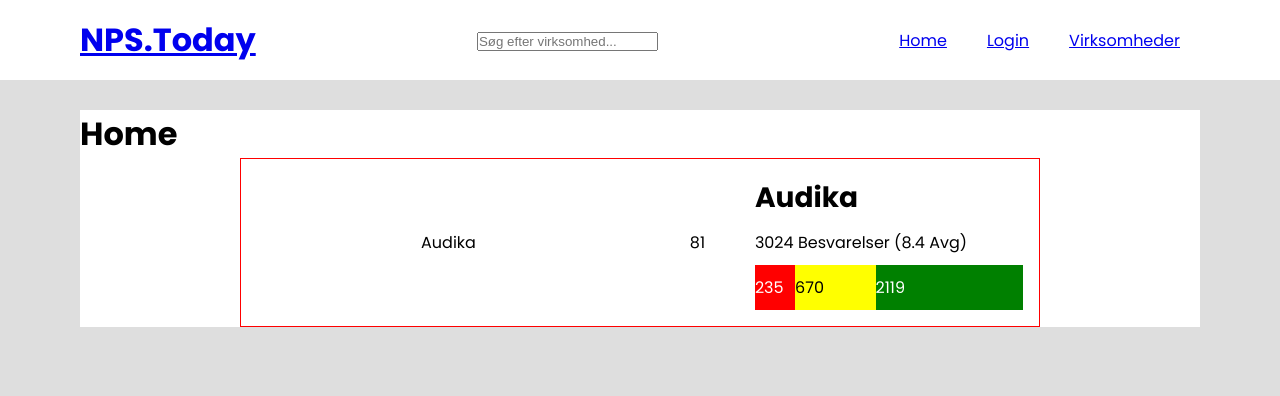
Repository: Shaydx/reviews
Page: /
These files come from the project's save history. The page is drawn as it stood at one moment and after the next save; the edit follows.
The browser window is 1280 px wide. The pictures show the whole page.
The project was rebuilt for these pictures with package versions that can differ from the ones it lists, and the page was loaded fresh each time.

Above is the page before, as saved 2020-10-13 16:39:08.

After the next save:
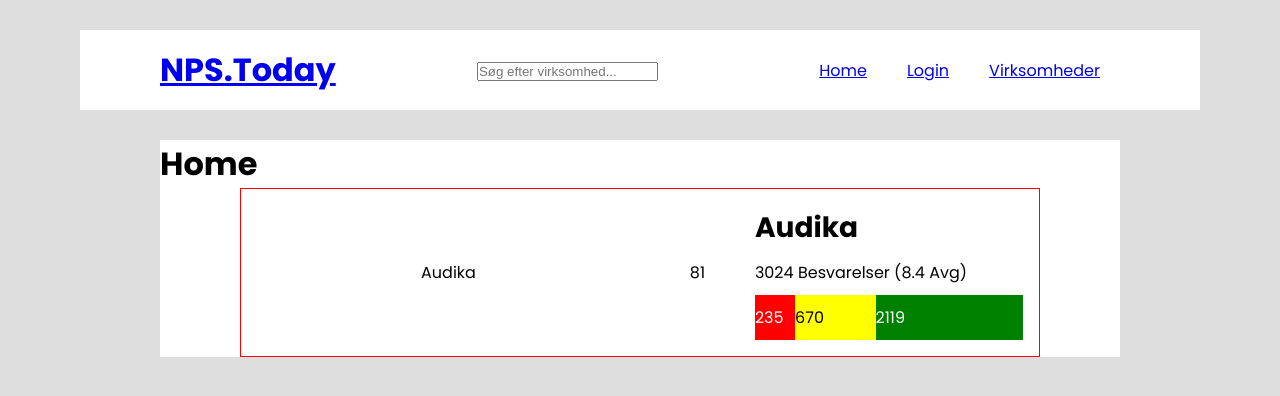
Saved 67 s later.
--- a/src/index.css
+++ b/src/index.css
@@ -10,4 +10,5 @@
   max-width: 1440px;
   margin: 0 auto;
   font-family: "Poppins", sans-serif;
+  margin: 30px 80px;
 }

After the save that followed:
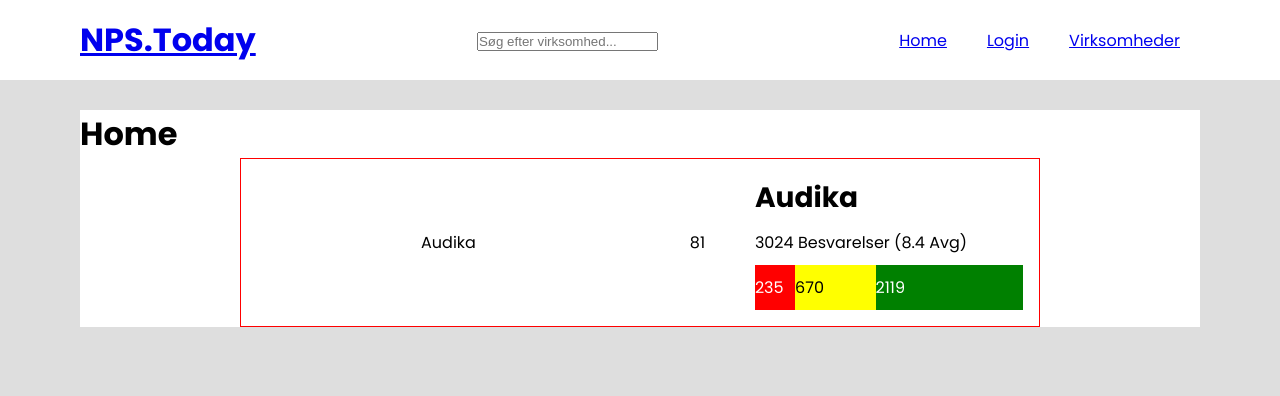
Saved 12 s later.
--- a/src/index.css
+++ b/src/index.css
@@ -10,5 +10,4 @@
   max-width: 1440px;
   margin: 0 auto;
   font-family: "Poppins", sans-serif;
-  margin: 30px 80px;
 }
